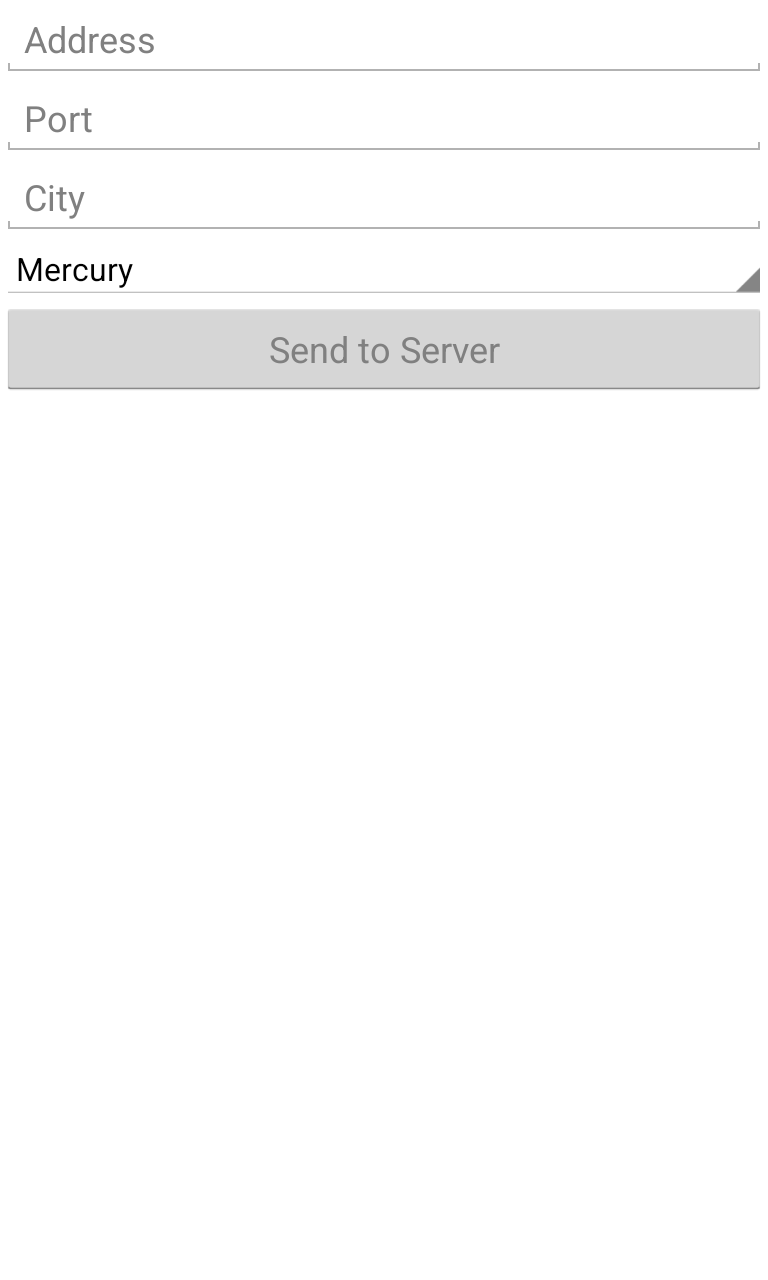
Repository: radupoenaru1992/PT02
Layout: PracticalTest02/res/layout/fragment_client.xml
These files come from the project's save history. The layout is drawn as it stood at one moment and after the next save; the edit follows.
It is drawn on a 768 x 1280 px phone screen (xhdpi) without system bars, with theme AppTheme; the app's code is not run.

Above is the layout before, as saved 2015-05-17 21:43:27.

After the next save:
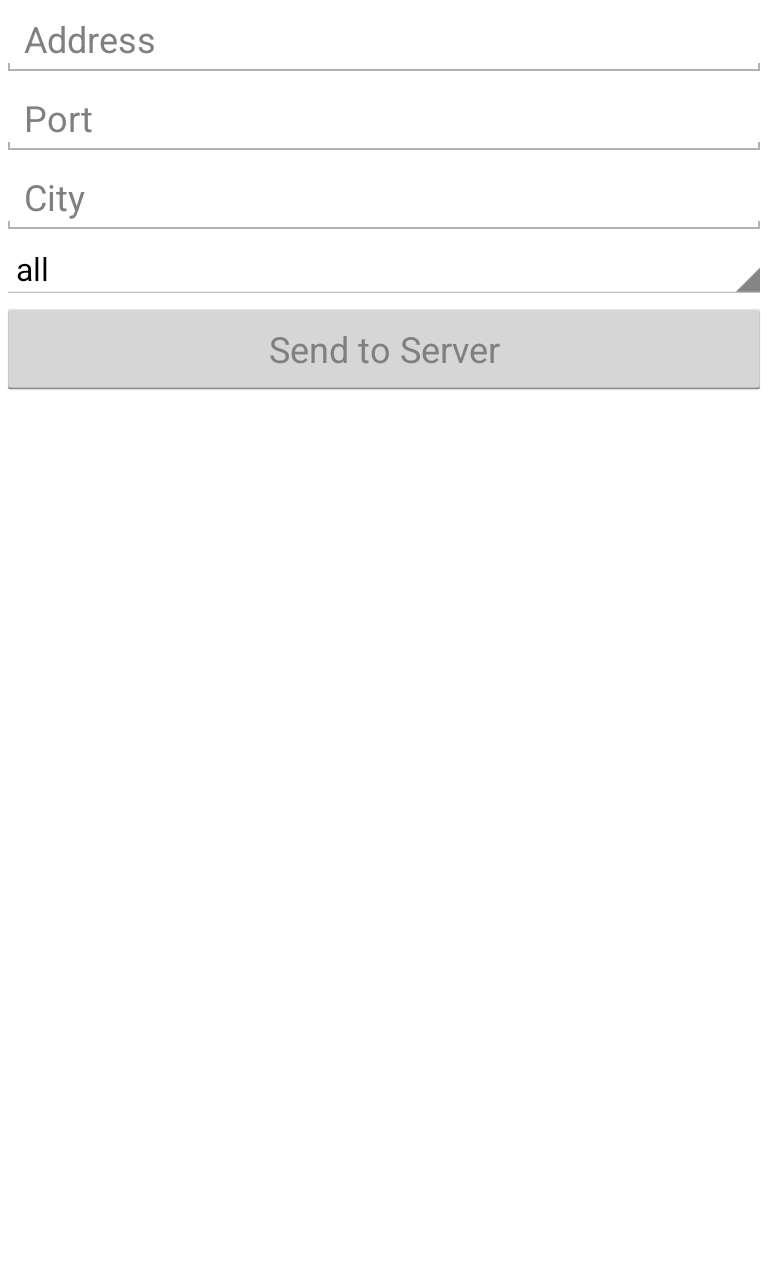
Saved 29 s later.
--- a/PracticalTest02/res/values/array.xml
+++ b/PracticalTest02/res/values/array.xml
@@ -1,14 +1,8 @@
 <?xml version="1.0" encoding="utf-8"?>
 <resources>
     <string-array name="information_types">
-        <item>Mercury</item>
-        <item>Venus</item>
-        <item>Earth</item>
-        <item>Mars</item>
-        <item>Jupiter</item>
-        <item>Saturn</item>
-        <item>Uranus</item>
-        <item>Neptune</item>
+        <item>all</item>
+        <item>temperature</item>
     </string-array>
 
 </resources>
